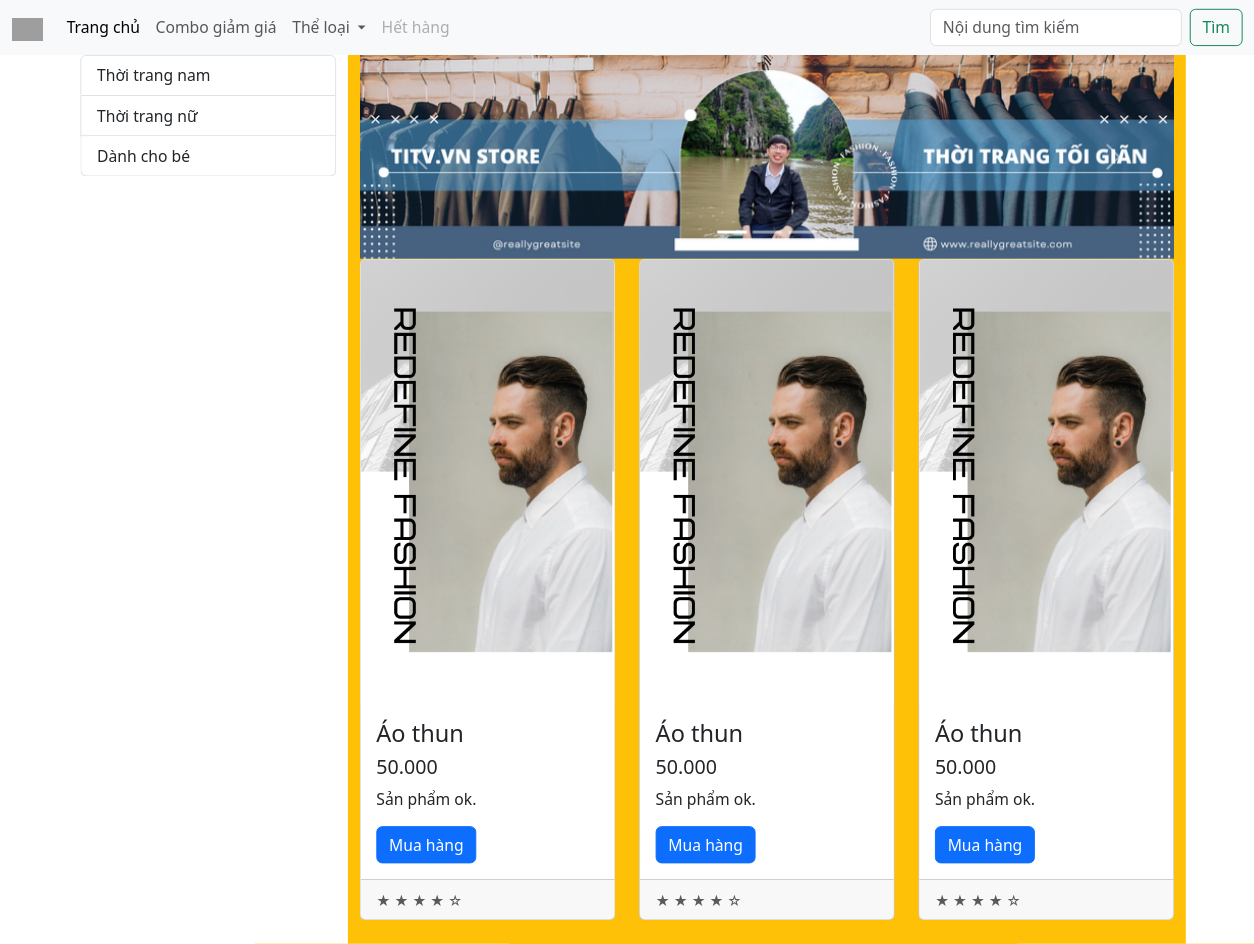
Repository: PhiKhongHoang/JSP-Servlet
Page: bai4_bootstrap/src/main/webapp/index.html
An editor plug-in stored every save of this project. The page is shown before and after the next save, followed by the edit.
The browser window is 1280 px wide. The pictures show the whole page, at 98% of full size.
Pictures or frames that could not be fetched are drawn as grey boxes.

Above is the page before, as saved 2024-02-16 14:13:09.

### bai4_bootstrap/src/main/webapp/index.html
<!DOCTYPE html>
<html>
<head>
<meta charset="UTF-8">
<title>Bootstrap</title>
<link
	href="https://cdn.jsdelivr.net/npm/bootstrap@5.3.2/dist/css/bootstrap.min.css"
	rel="stylesheet"
	integrity="sha384-T3c6CoIi6uLrA9TneNEoa7RxnatzjcDSCmG1MXxSR1GAsXEV/Dwwykc2MPK8M2HN"
	crossorigin="anonymous">
<script
	src="https://cdn.jsdelivr.net/npm/@popperjs/core@2.11.8/dist/umd/popper.min.js"
	integrity="sha384-I7E8VVD/ismYTF4hNIPjVp/Zjvgyol6VFvRkX/vR+Vc4jQkC+hVqc2pM8ODewa9r"
	crossorigin="anonymous"></script>
<script
	src="https://cdn.jsdelivr.net/npm/bootstrap@5.3.2/dist/js/bootstrap.min.js"
	integrity="sha384-BBtl+eGJRgqQAUMxJ7pMwbEyER4l1g+O15P+16Ep7Q9Q+zqX6gSbd85u4mG4QzX+"
	crossorigin="anonymous"></script>
</head>
<body>
	<!-- navbar -->
	<nav class="navbar navbar-expand-lg bg-body-tertiary">
		<div class="container-fluid">
			<a class="navbar-brand" href="#"> <img
				src="https://p16-oec-va.ibyteimg.com/tos-maliva-i-o3syd03w52-us/318105355cb447d691500c10d928eeb5~tplv-o3syd03w52-origin-jpeg.jpeg?from=1345521523"
				alt="logo" height="24">
			</a>
			<button class="navbar-toggler" type="button"
				data-bs-toggle="collapse" data-bs-target="#navbarSupportedContent"
				aria-controls="navbarSupportedContent" aria-expanded="false"
				aria-label="Toggle navigation">
				<span class="navbar-toggler-icon"></span>
			</button>
			<div class="collapse navbar-collapse" id="navbarSupportedContent">
				<ul class="navbar-nav me-auto mb-2 mb-lg-0">
					<li class="nav-item"><a class="nav-link active"
						aria-current="page" href="#">Trang chủ</a></li>
					<li class="nav-item"><a class="nav-link" href="#">Combo
							giảm giá</a></li>
					<li class="nav-item dropdown"><a
						class="nav-link dropdown-toggle" href="#" role="button"
						data-bs-toggle="dropdown" aria-expanded="false"> Thể loại </a>
						<ul class="dropdown-menu">
							<li><a class="dropdown-item" href="#">Quần jean</a></li>
							<li><a class="dropdown-item" href="#">Áo thun</a></li>
							<li><hr class="dropdown-divider"></li>
							<li><a class="dropdown-item" href="#">Áo sơ mi</a></li>
						</ul></li>
					<li class="nav-item"><a class="nav-link disabled"
						aria-disabled="true">Hết hàng</a></li>
				</ul>
				<form class="d-flex" role="search">
					<input class="form-control me-2" type="search"
						placeholder="Nội dung tìm kiếm" aria-label="Search">
					<button class="btn btn-outline-success" type="submit">Tìm</button>
				</form>
			</div>
		</div>
	</nav>
	<!-- end navbar -->

	<!-- page content -->
	<div class="container">
		<div class="row">
			<!-- menu left -->
			<div class="col-lg-3">
				<div class="list-group">
					<a href="#" class="list-group-item list-group-item-action">
						Thời trang nam </a> <a href="#"
						class="list-group-item list-group-item-action"> Thời trang nữ
					</a> <a href="#" class="list-group-item list-group-item-action">
						Dành cho bé </a>
				</div>
			</div>
			<!-- end menu left -->

			<!-- slider and product -->
			<div class="col-lg-9 bg-warning">
				<!-- slider -->
				<div id="carouselExampleIndicators" class="carousel slide">
					<div class="carousel-indicators">
						<button type="button" data-bs-target="#carouselExampleIndicators"
							data-bs-slide-to="0" class="active" aria-current="true"
							aria-label="Slide 1"></button>
						<button type="button" data-bs-target="#carouselExampleIndicators"
							data-bs-slide-to="1" aria-label="Slide 2"></button>
						<button type="button" data-bs-target="#carouselExampleIndicators"
							data-bs-slide-to="2" aria-label="Slide 3"></button>
					</div>
					<div class="carousel-inner">
						<div class="carousel-item active">
							<img src="img/slider/1.png" class="d-block w-100" alt="...">
						</div>
						<div class="carousel-item">
							<img src="img/slider/2.png" class="d-block w-100" alt="...">
						</div>
						<div class="carousel-item">
							<img src="img/slider/3.png" class="d-block w-100" alt="...">
						</div>
					</div>
					<button class="carousel-control-prev" type="button"
						data-bs-target="#carouselExampleIndicators" data-bs-slide="prev">
						<span class="carousel-control-prev-icon" aria-hidden="true"></span>
						<span class="visually-hidden">Previous</span>
					</button>
					<button class="carousel-control-next" type="button"
						data-bs-target="#carouselExampleIndicators" data-bs-slide="next">
						<span class="carousel-control-next-icon" aria-hidden="true"></span>
						<span class="visually-hidden">Next</span>
					</button>
				</div>
				<!-- end slider -->

				<!-- product -->
				<div class="row">
					<div class="col-lg-4 col-md-6 mb-4">
						<div class="card h-100">
							<img src="img/product/1 (1).png" class="card-img-top" alt="...">
							<div class="card-body">
								<h4 class="card-title">Áo thun</h4>
								<h5>50.000</h5>
								<p class="card-text">Sản phẩm ok.</p>
								<a href="#" class="btn btn-primary">Mua hàng</a>
							</div>
							<div class="card-footer">
								<small class="text-muted">
									&#9733; &#9733; &#9733; &#9733; &#9734;
								</small>
							</div>
						</div>
					</div>
					<div class="col-lg-4 col-md-6 mb-4">
						<div class="card h-100">
							<img src="img/product/1 (1).png" class="card-img-top" alt="...">
							<div class="card-body">
								<h4 class="card-title">Áo thun</h4>
								<h5>50.000</h5>
								<p class="card-text">Sản phẩm ok.</p>
								<a href="#" class="btn btn-primary">Mua hàng</a>
							</div>
							<div class="card-footer">
								<small class="text-muted">
									&#9733; &#9733; &#9733; &#9733; &#9734;
								</small>
							</div>
						</div>
					</div>
					<div class="col-lg-4 col-md-6 mb-4">
						<div class="card h-100">
							<img src="img/product/1 (1).png" class="card-img-top" alt="...">
							<div class="card-body">
								<h4 class="card-title">Áo thun</h4>
								<h5>50.000</h5>
								<p class="card-text">Sản phẩm ok.</p>
								<a href="#" class="btn btn-primary">Mua hàng</a>
							</div>
							<div class="card-footer">
								<small class="text-muted">
									&#9733; &#9733; &#9733; &#9733; &#9734;
								</small>
							</div>
						</div>
					</div>
				</div>
				<!-- end product -->
			</div>
			<!-- end slider and product -->
		</div>
	</div>
	<!-- and page content -->
</body>
</html>

After the next save:
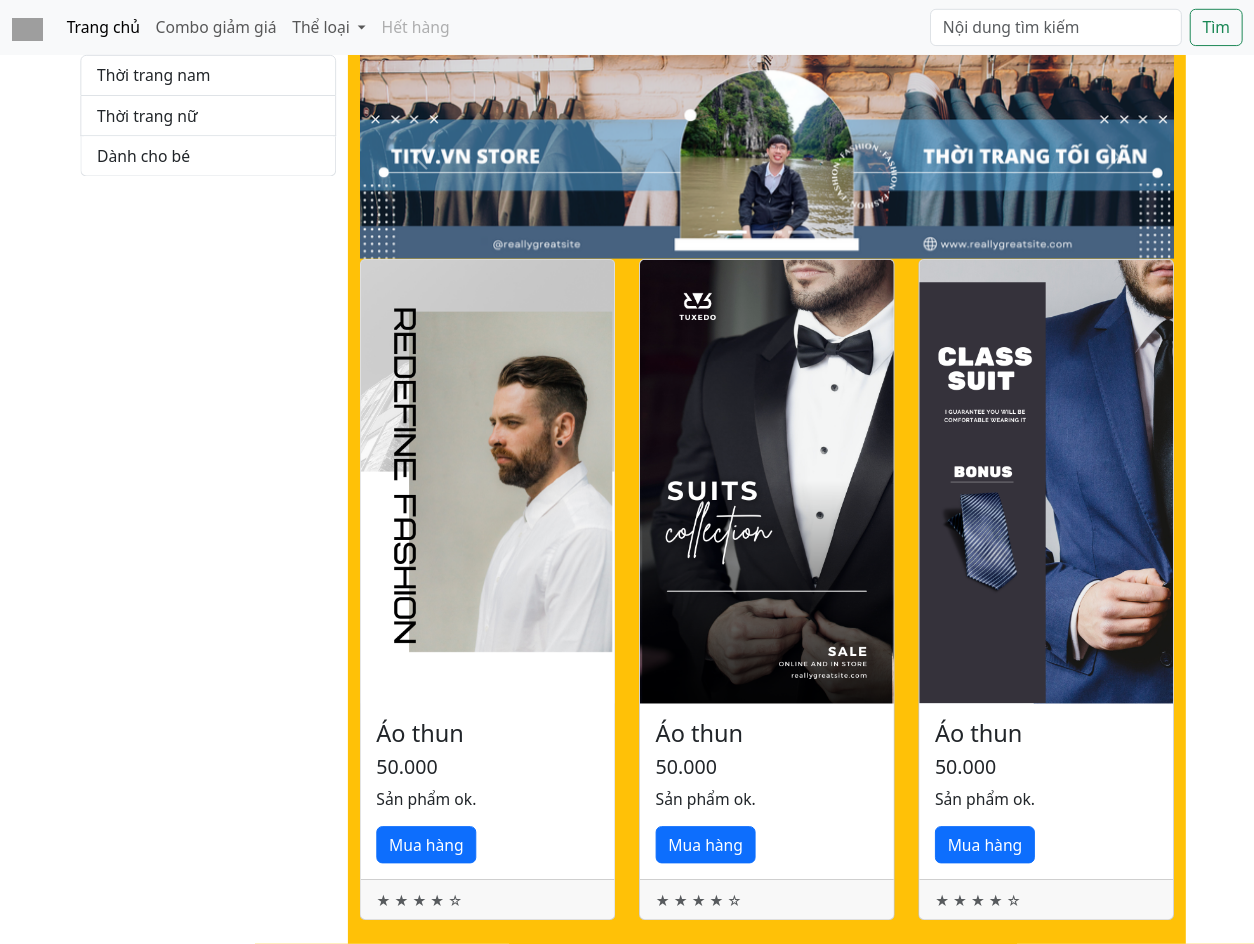
Saved 15 s later.
--- a/bai4_bootstrap/src/main/webapp/index.html
+++ b/bai4_bootstrap/src/main/webapp/index.html
@@ -131,7 +131,7 @@
 					</div>
 					<div class="col-lg-4 col-md-6 mb-4">
 						<div class="card h-100">
-							<img src="img/product/1 (1).png" class="card-img-top" alt="...">
+							<img src="img/product/2 (1).png" class="card-img-top" alt="...">
 							<div class="card-body">
 								<h4 class="card-title">Áo thun</h4>
 								<h5>50.000</h5>
@@ -147,7 +147,7 @@
 					</div>
 					<div class="col-lg-4 col-md-6 mb-4">
 						<div class="card h-100">
-							<img src="img/product/1 (1).png" class="card-img-top" alt="...">
+							<img src="img/product/3 (1).png" class="card-img-top" alt="...">
 							<div class="card-body">
 								<h4 class="card-title">Áo thun</h4>
 								<h5>50.000</h5>
